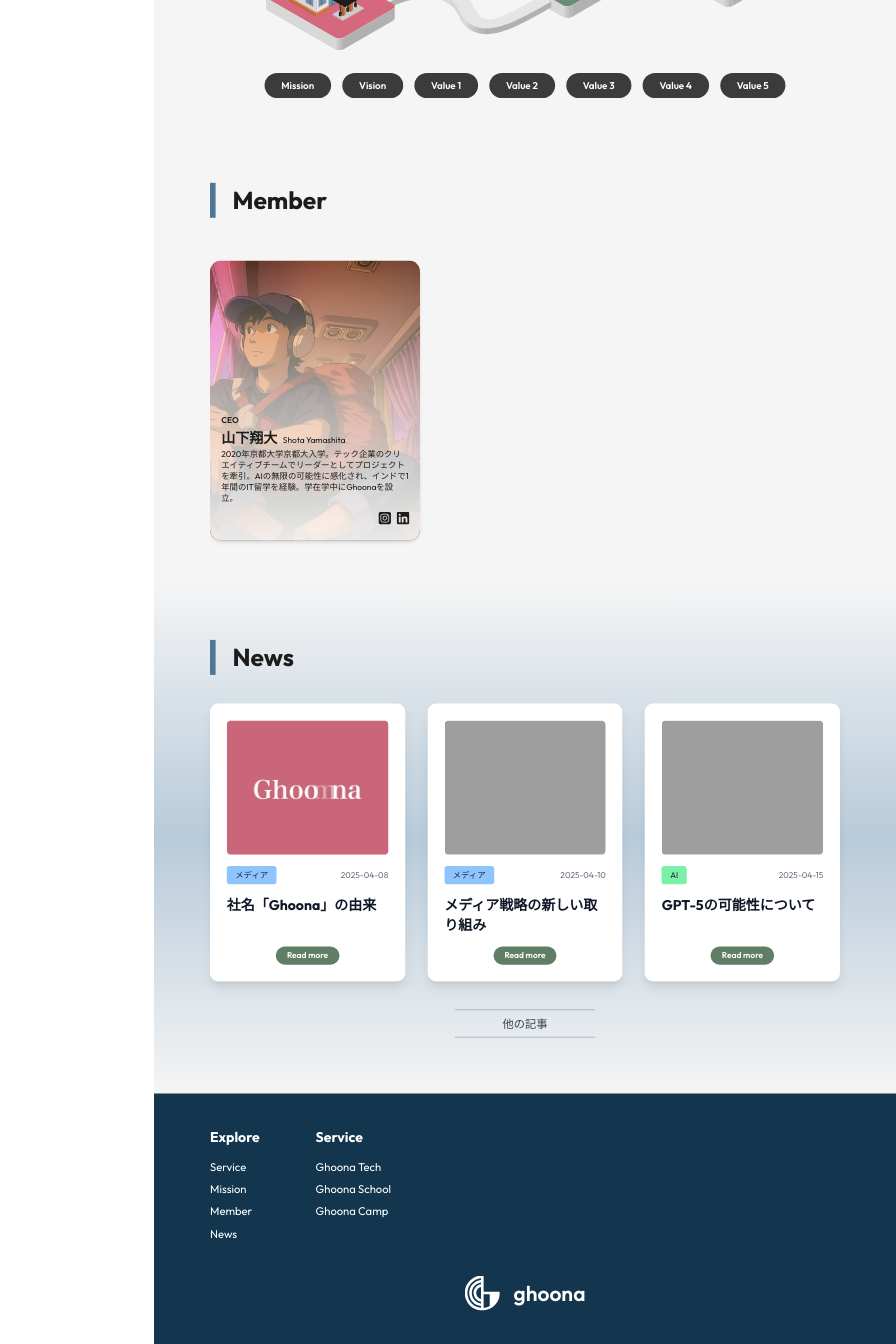
Repository: ShotaGhoona/ghoona-website
Page: /
An editor plug-in stored every save of this project. The page is shown before and after the next save, followed by the edit.
The browser window is 1280 px wide. The pictures show the part of the page from y = 1923 to 3843 px (the page is 3843 px tall), at 70% of full size.
Pictures or frames that could not be fetched are drawn as grey boxes. The project was rebuilt for these pictures with package versions that can differ from the ones it lists, and the page was loaded fresh each time. The framework's server and built-in components were replaced by stand-ins that run in the browser. Also part of the build but not shown: next.config.ts.

Above is the page before, as saved 2025-04-12 09:18:58.

### src/app/layout.tsx
import Sidebar from '@/components/display/sidebar';
import Header from '@/components/display/header';
import Footer from '@/components/display/footer';
import { Outfit } from 'next/font/google';
import './globals.css';
import '@/components/icons';

const outfit = Outfit({
  subsets: ['latin'],
  weight: ['400', '500', '600', '700', '800'],
});

export default function RootLayout({ children }: { children: React.ReactNode }) {
  return (
    <html lang="ja" className={outfit.className}>
      <body className={`${outfit.className} font-outfit flex`}>
        <div className="hidden lg:block">
          <Sidebar />
        </div>
        <div className="w-full flex flex-col min-h-screen lg:pl-[220px]">
          <Header />
          <main className="bg-[#f5f5f5] flex-1 mt-[56px] lg:mt-0">{children}</main>
          <Footer />
        </div>
      </body>
    </html>
  );
}

### src/components/display/sidebar.tsx
'use client';

import Image from 'next/image';
import Link from 'next/link';
import styles from './sidebar.module.css';
import { FontAwesomeIcon } from '@fortawesome/react-fontawesome';
import { faHouse, faGear, faBullhorn, faCircleUser, faBuilding } from '@fortawesome/free-solid-svg-icons';

export default function Sidebar() {
  return (
    <aside className={`w-[220px] h-screen bg-[#4E7796] text-white py-8 px-4 fixed flex flex-col justify-between ${styles.dropShadow}`}>
      <div>
        {/* Logo */}
        <div className="mb-10 flex items-center gap-3">
          <Image src="/SVG/logo.svg" alt="logo" width={40} height={40} />
          <span className="text-[30px] font-medium">ghoona</span>
        </div>

        {/* Navigation Menu */}
        <nav>
          <ul className={`space-y-8 ${styles.tree}`}>
            <li>
              <Link href="/" className="flex items-center gap-5 text-[25px]">
                <FontAwesomeIcon icon={faHouse} className="w-[30px]" />
                Home
              </Link>
              <ul className="ml-13 relative">
                <li className="text-[15px] relative pt-2">
                  <Link href="/#service">Service</Link>
                </li>
                <li className="text-[15px] relative pt-2">
                  <Link href="/#mission">Mission</Link>
                </li>
                <li className="text-[15px] relative pt-2">
                  <Link href="/#member">Member</Link>
                </li>
                <li className="text-[15px] relative pt-2">
                  <Link href="/#news">News</Link>
                </li>
              </ul>
            </li>

            <li>
              <div className="flex items-center gap-5 text-[25px]">
                <FontAwesomeIcon icon={faGear} className="w-[30px]" />
                Service
              </div>
              <ul className="ml-13 relative">
                <li className="text-[15px] relative pt-2">
                  <Link href="/service/tech">Ghoona Tech</Link>
                </li>
                <li className="text-[15px] relative pt-2">
                  <Link href="/service/academy">Ghoona Academy</Link>
                </li>
                <li className="text-[15px] relative pt-2">
                  <Link href="/service/community">Ghoona Community</Link>
                </li>
              </ul>
            </li>

            <li>
              <Link href="/#member" className="flex items-center gap-5 text-[25px]">
                <FontAwesomeIcon icon={faCircleUser} className="w-[30px]" />
                Member
              </Link>
            </li>

            <li>
              <Link href="/#news" className="flex items-center gap-5 text-[25px]">
                <FontAwesomeIcon icon={faBullhorn} className="w-[30px]" />
                News
              </Link>
            </li>

            <li>
              <Link href="/#company" className="flex items-center gap-5 text-[25px]">
                <FontAwesomeIcon icon={faBuilding} className="w-[30px]" />
                Company
              </Link>
            </li>
          </ul>
        </nav>
      </div>
    </aside>
  );
}

### src/components/display/header.tsx
'use client';

import { useState } from 'react';
import Sidebar from './sidebar';
import { FontAwesomeIcon } from '@fortawesome/react-fontawesome';
import { faBars, faXmark } from '@fortawesome/free-solid-svg-icons';
import { motion, AnimatePresence } from 'framer-motion';

export default function Header() {
  const [isOpen, setIsOpen] = useState(false);

  const sidebarVariants = {
    hidden: { x: '-100%' },
    visible: { x: 0 },
  };

  const overlayVariants = {
    hidden: { opacity: 0 },
    visible: { opacity: 0.3 },
  };

  return (
    <>
      <header className="fixed top-0 left-0 w-full bg-[#4E7796] z-50 lg:hidden flex justify-between items-center px-4 py-3 shadow-md">
        <div className="text-white text-xl font-bold">Ghoona</div>
        <button className="text-white" onClick={() => setIsOpen((prev) => !prev)}>
          <FontAwesomeIcon icon={isOpen ? faXmark : faBars} size="2x" />
        </button>
      </header>

      <AnimatePresence>
        {isOpen && (
          <>
            <motion.div
              initial="hidden"
              animate="visible"
              exit="hidden"
              variants={overlayVariants}
              transition={{ duration: 0.3 }}
              className="fixed inset-0 bg-black z-40 lg:hidden"
              onClick={() => setIsOpen(false)}
            />

            <motion.div
              initial="hidden"
              animate="visible"
              exit="hidden"
              variants={sidebarVariants}
              transition={{ duration: 0.3 }}
              className="fixed top-0 left-0 z-50 h-screen w-[220px] lg:hidden"
            >
              <Sidebar />
            </motion.div>
          </>
        )}
      </AnimatePresence>
    </>
  );
}

### src/components/display/footer.tsx
import Image from 'next/image';
import Link from 'next/link';

export default function Footer() {
  return (
    <footer className="bg-[#13364E] text-white py-12 px-20">
      <div className="flex justify-start mb-12 gap-20 mx-auto">
        <div>
          <h3 className="text-xl font-bold mb-4">Explore</h3>
          <ul className="space-y-2">
            <li><Link href="/service">Service</Link></li>
            <li><Link href="/mission">Mission</Link></li>
            <li><Link href="/member">Member</Link></li>
            <li><Link href="/news">News</Link></li>
          </ul>
        </div>

        <div>
          <h3 className="text-xl font-bold mb-4">Service</h3>
          <ul className="space-y-2">
            <li><Link href="/service/tech">Ghoona Tech</Link></li>
            <li><Link href="/service/school">Ghoona School</Link></li>
            <li><Link href="/service/camp">Ghoona Camp</Link></li>
          </ul>
        </div>
      </div>

      <div className="flex items-center justify-center">
        <Image
          src="/SVG/logo.svg"
          alt="Ghoona Logo"
          width={50}
          height={50}
        />
        <span className="text-3xl font-semibold ml-5">ghoona</span>
      </div>
    </footer>
  );
}

### src/components/icons.ts
// components/icons.ts
import { library, config } from '@fortawesome/fontawesome-svg-core';
import { faHouse, faGear, faBullhorn, faCircleUser, faBuilding } from '@fortawesome/free-solid-svg-icons';
import { faSquareInstagram, faLinkedin } from '@fortawesome/free-brands-svg-icons';
import '@fortawesome/fontawesome-svg-core/styles.css';

config.autoAddCss = false;
library.add(faHouse, faGear, faBullhorn, faCircleUser, faBuilding, faSquareInstagram, faLinkedin);

### src/components/display/homeContainer.tsx
// homeContainer.tsx
import TopviewSection from '@/feature/home/display/topview';
import ServiceSection from '@/feature/home/display/service';
import MvvSection from '@/feature/home/display/mvv';
import MemberSection from '@/feature/home/display/member';
import NewsSection from '@/feature/home/display/news';

export default function HomeContainer() {
  return (
    <div className="">
      <TopviewSection />
      <ServiceSection />
      <MvvSection />
      <MemberSection />
      <NewsSection />
    </div>
  );
}

### src/components/display/sidebar.module.css
/* sidebar.module.css */
.tree ul {
    list-style-type: none;
    position: relative;
  }

  .tree ul::before {
    content: '';
    position: absolute;
    top: 0;
    bottom: 0;
    left: -38px;
    border-left: 2px solid white;
  }

  .tree ul li::before {
    content: '';
    position: absolute;
    top: 22px;
    left: -38px;
    width: 30px;
    border-top: 2px solid white;
  }

  .tree ul li:last-child::before {
    bottom: auto;
  }
  .dropShadow {
    box-shadow: 10px 0 10px rgba(0,0,0,0.25);
}

### src/feature/home/display/topview.tsx
// components/feature/home/display/topview.tsx
import TopviewComponent from '@/components/common/TopView';
export default function TopviewSection() {
  return (
    <TopviewComponent
      imagePath="topview.jpg"
      height="h-screen"
      title="Ghoona"
      subtitle="Update Our World"
    />
  );
}

### src/feature/home/display/service.tsx
import SectionTitle from '@/components/common/SectionTitle';
import ServiceCard from '@/components/common/ServiceCard';

export default function ServiceSection() {
    return (
      <section id="service" className="relative w-full bg-no-repeat bg-cover px-5 md:px-20 py-20">
        <SectionTitle title="Service" />
        <div className="flex flex-col md:flex-row gap-8 justify-center items-center">
            <ServiceCard
            title="Web事業"
            description="最新のAI技術を駆使し、あなたのビジネスを加速させるテクノロジーサービス。ホームページ制作からSEO記事の自動生成、SNS運用の効果測定、業務のオートメーション化、ウェブアプリ開発、Notion構築代行まで、テクノロジーを活用してビジネス課題をスマートに解決します。"
            imageUrl="service_tech.jpg"
            href="/service/tech"
            />
            <ServiceCard
            title="人材育成事業"
            description="生成AI時代に特化した新しいスタイルのプログラミングスクール。従来のプログラミング学習を超えて、AIを味方につけて最短で結果を出す方法を教えます。エンジニアとしての市場価値を高めたい方へ、効率的で実践的な学びの場を提供します。"
            imageUrl="service_academy.jpg"
            href="/service/academy"
            />
            <ServiceCard
            title="Community事業"
            description="意識の高い仲間が集う朝活オンラインサロン。
自分をアップデートしたい人のために、質の高い情報交換とコミュニティづくりをサポートします。一緒に朝の時間を活用し、成長と学びの習慣をつくりましょう。"
            imageUrl="service_camp.jpg"
            href="/service/camp"
            />
        </div>
      </section>
    );
  }

### src/feature/home/display/member.tsx
import SectionTitle from '@/components/common/SectionTitle';
import MemberCard from '@/components/common/MemberCard';

export default function MemberSection() {
  const members = [
    {
      image1Url: '/member/shotayamashita1.jpg',
      image2Url: '/member/shotayamashita2.jpg',
      role: 'CEO',
      name: '山下翔大',
      nameEn: 'Shota Yamashita',
      description: '2020年京都大学京都大入学。テック企業のクリエイティブチームでリーダーとしてプロジェクトを牽引。AIの無限の可能性に感化され、インドで1年間のIT留学を経験。学在学中にGhoonaを設立。',
      sns: [
        { name: 'Instagram', url: 'https://instagram.com/' },
        { name: 'LinkedIn', url: 'https://linkedin.com/' },
      ],
    }
    // 追加のメンバーデータを記載
  ];

  return (
    <section id="member" className="w-full py-10">
      <SectionTitle title="Member" className="w-full px-5 md:px-20"/>
      <div className="mt-8 overflow-x-auto px-5 md:px-20">
        <div className="flex gap-10 overflow-x-scroll no-scrollbar py-5">
          {members.map((member, idx) => (
            <MemberCard key={idx} {...member} />
          ))}
        </div>
      </div>
    </section>
  );
}

### src/feature/home/display/news.tsx
import SectionTitle from '@/components/common/SectionTitle';
import NewsListCard from '@/components/common/NewsListCard';
import Link from 'next/link';
import blogsData from '@/data/blogs.json';

export default function NewsSection() {
  // idが1, 2, 3のデータだけ取得
  const newsItems = blogsData.filter((blog) => ['1', '2', '3'].includes(blog.id));

  return (
    <section
      id="news"
      className="relative w-full bg-no-repeat bg-cover px-5 md:px-20 py-10 md:py-20 bg-gradient-to-t from-transparent via-[#3f77a455] to-transparent"
    >
      <SectionTitle title="News" />
      <div className="max-w-[1200px] mx-auto grid grid-cols-1 md:grid-cols-2 lg:grid-cols-3 gap-8">
        {newsItems.map((item) => (
          <NewsListCard
            key={item.id}
            thumbnail={item.thumbnail}
            tag={item.tag as '技術ブログ' | 'メディア' | 'AI'}
            date={item.date}
            title={item.title}
            href={`/news/${item.id}`}
          />
        ))}
      </div>
      <div className="mt-10 flex items-center justify-center">
        <Link href="/news" className="relative py-2 text-gray-700 hover:text-gray-900">
          <span className="block absolute top-0 left-1/2 -translate-x-1/2 w-[200px] border-t border-gray-400"></span>
          <span className="block absolute bottom-0 left-1/2 -translate-x-1/2 w-[200px] border-b border-gray-400"></span>
          <span className="relative">他の記事</span>
        </Link>
      </div>
    </section>
  );
}

### src/components/common/TopView.tsx
import Image from 'next/image';

interface TopviewProps {
  imagePath: string;
  height: string;
  title: string;
  subtitle: string;
}

export default function TopviewSection({
  imagePath,
  height,
  title,
  subtitle,
}: TopviewProps) {
  return (
    <section className={`relative w-full ${height}`}>
      <Image
        src={`/${imagePath}`}
        alt="Topview Image"
        layout="fill"
        objectFit="cover"
        quality={100}
      />

      <div className="absolute inset-0 flex items-center justify-between px-10 md:px-20 py-10">
        <div className="text-white">
          <h1 className="text-[60px] sm:text-[100px] md:text-[150px] font-bold leading-tight">
            {title}
          </h1>
          <p className="text-[30px] sm:text-[50px] md:text-[75px] font-semibold">
            {subtitle}
          </p>
        </div>
      </div>
    </section>
  );
}

### src/components/common/SectionTitle.tsx
// components/common/SectionTitle.tsx
type SectionTitleProps = {
    title: string;
    className?: string;
  };

  export default function SectionTitle({ title, className = '' }: SectionTitleProps) {
    return (
      <h2 className={`text-[25px] xl:text-[35px] text-[#1C1C1D] font-bold flex items-center gap-6 mb-10 ${className}`}>
        <span className="w-2 h-[50px] bg-[#4E7796] inline-block" />
        {title}
      </h2>
    );
  }

### src/components/common/ServiceCard.tsx
// components/common/ServiceCard.tsx
import Link from 'next/link';

type ServiceCardProps = {
  title: string;
  description: string;
  imageUrl?: string;
  href: string; // 新しくhrefプロパティを追加
};

export default function ServiceCard({ title, description, imageUrl, href }: ServiceCardProps) {
  return (
    <div className="max-w-[400px] min-w-[200px] w-full bg-[#F5F5F5] rounded-md overflow-hidden relative">
      <div className="w-full h-[150px] md:h-[200px] bg-gray-200 flex items-center justify-center shadow-md">
        {imageUrl ? (
          <img src={imageUrl} alt={title} className="object-cover w-full h-full" />
        ) : (
          <span className="text-gray-400">No Image</span>
        )}
      </div>

      <div className="flex items-center justify-center gap-2 mt-10 mb-5">
        <div className="flex-1 h-[1px] bg-gray-400" />
        <h3 className="text-2xl text-[#1C1C1D] font-bold whitespace-nowrap">{title}</h3>
        <div className="flex-1 h-[1px] bg-gray-400" />
      </div>

      <div className="relative h-[100px] overflow-hidden">
        <p className="text-sm text-[#1C1C1D] leading-relaxed z-10 relative">
          {description}
        </p>
        <div className="absolute bottom-0 left-0 w-full h-full bg-gradient-to-t from-[#f5f5f5] to-transparent z-20 pointer-events-none" />
      </div>

      <div className="absolute bottom-0 left-1/2 transform -translate-x-1/2 z-20">
        <Link href={href}>
          <button className="bg-[#266594] text-white text-[10px] md:text-[12px] lg:text-[15px] px-6 py-2 rounded-full shadow hover:opacity-80">
            read more
          </button>
        </Link>
      </div>
    </div>
  );
}

### src/feature/home/button/mvvButton.tsx
'use client';

const buttons = [
  'Mission', 'Vision', 'Value 1', 'Value 2', 'Value 3', 'Value 4', 'Value 5'
];

type Props = {
  active: string | null;
  setActive: (btn: string) => void;
};

export default function MVVButton({ active, setActive }: Props) {
  return (
    <div className="flex flex-wrap justify-center gap-2 md:gap-4 mt-8">
      {buttons.map((btn) => (
        <button
          key={btn}
          onClick={() => setActive(btn)}
          className={`px-3 py-1 md:px-6 md:py-2 rounded-full font-semibold transition-all duration-200 text-xs md:text-sm ${
            active === btn
              ? 'bg-[#D87286] text-white shadow-md'
              : 'bg-[#3C3B3B] text-white hover:bg-[#D87286]/80'
          }`}
        >
          {btn}
        </button>
      ))}
    </div>
  );
}

### src/components/common/MemberCard.tsx
'use client';

import { useState } from 'react';
import Image from 'next/image';
import { FontAwesomeIcon } from '@fortawesome/react-fontawesome';
import { faSquareInstagram, faLinkedin } from '@fortawesome/free-brands-svg-icons';
import { IconProp } from '@fortawesome/fontawesome-svg-core';
export type SNSLink = { name: string; url: string };

export type MemberCardProps = {
  image1Url: string;
  image2Url: string;
  role?: string;
  name: string;
  nameEn: string;
  description: string;
  sns?: SNSLink[];
};

const snsIcons: Record<string, IconProp> = {
  Instagram: faSquareInstagram,
  LinkedIn: faLinkedin,
};

export default function MemberCard({
  image1Url,
  image2Url,
  role,
  name,
  nameEn,
  description,
  sns = [],
}: MemberCardProps) {
  const [hovered, setHovered] = useState(false);

  return (
    <div
      className="relative w-[250px] md:w-[300px] h-[350px] md:h-[400px] shadow-md rounded-2xl overflow-hidden"
      onMouseEnter={() => setHovered(true)}
      onMouseLeave={() => setHovered(false)}
    >
      <Image
        src={hovered ? image2Url : image1Url}
        alt={name}
        width={300}
        height={400}
        className="w-full h-full object-cover transition-opacity duration-300"
      />
      <div className="absolute inset-0 bg-gradient-to-t from-white/90 via-white/60 to-transparent flex flex-col justify-end px-4 py-5">
        {role && <span className="text-xs text-[#1C1C1D] font-semibold mb-1">{role}</span>}
        <div className="flex gap-2 items-baseline">
          <h2 className="text-xl text-[#1C1C1D] font-bold">{name}</h2>
          <h3 className="text-xs text-[#1C1C1D]">{nameEn}</h3>
        </div>
        <p className="text-xs text-[#1C1C1D] mb-2 overflow-hidden line-clamp-5">{description}</p>

        <div className="flex justify-end gap-2">
          {sns.map((snsItem, idx) => (
            <a key={idx} href={snsItem.url} target="_blank" rel="noopener noreferrer" className="text-[#1C1C1D]">
              <FontAwesomeIcon icon={snsIcons[snsItem.name]} size="lg" />
            </a>
          ))}
        </div>
      </div>
    </div>
  );
}

### src/components/common/NewsListCard.tsx
import Image from 'next/image';
import Link from 'next/link';
import { NewsListCardProps, tagColors } from '@/types/news';

export default function NewsListCard({ thumbnail, tag, date, title, href }: NewsListCardProps) {
  return (
    <div className="bg-white rounded-xl shadow-lg overflow-hidden p-6 flex flex-col gap-4">
      <div className="w-full h-48 relative">
        <Image src={thumbnail} alt={title} layout="fill" objectFit="cover" className="rounded-md" />
      </div>

      <div className="flex justify-between items-center">
        <span className={`px-3 py-1 text-[12px] rounded ${tagColors[tag]} text-gray-800`}>{tag}</span>
        <span className="text-[12px] text-gray-500">{date}</span>
      </div>

      <h3 className="text-xl font-bold text-gray-900">{title}</h3>

      <div className="mt-auto flex justify-center">
        <Link href={href}>
          <span className="text-[12px] inline-block bg-[#5F7E65] text-white px-4 py-1 rounded-full font-semibold cursor-pointer hover:opacity-80">
            Read more
          </span>
        </Link>
      </div>
    </div>
  );
}

### src/types/news.ts
export type BlogTag = '技術ブログ' | 'メディア' | 'AI';

export interface NewsListCardProps {
  thumbnail: string;
  tag: BlogTag;
  date: string;
  title: string;
  href: string;
}
export const tagColors: Record<BlogTag, string> = {
  '技術ブログ': 'bg-gray-300',
  'メディア': 'bg-blue-300',
  'AI': 'bg-green-300',
};

Loaded but not shown: src/app/page.tsx (common file); src/app/globals.css (common file); src/data/blogs.json (50 lines, source omitted); src/feature/home/display/mvv.tsx (138 lines, source omitted)

After the next save:
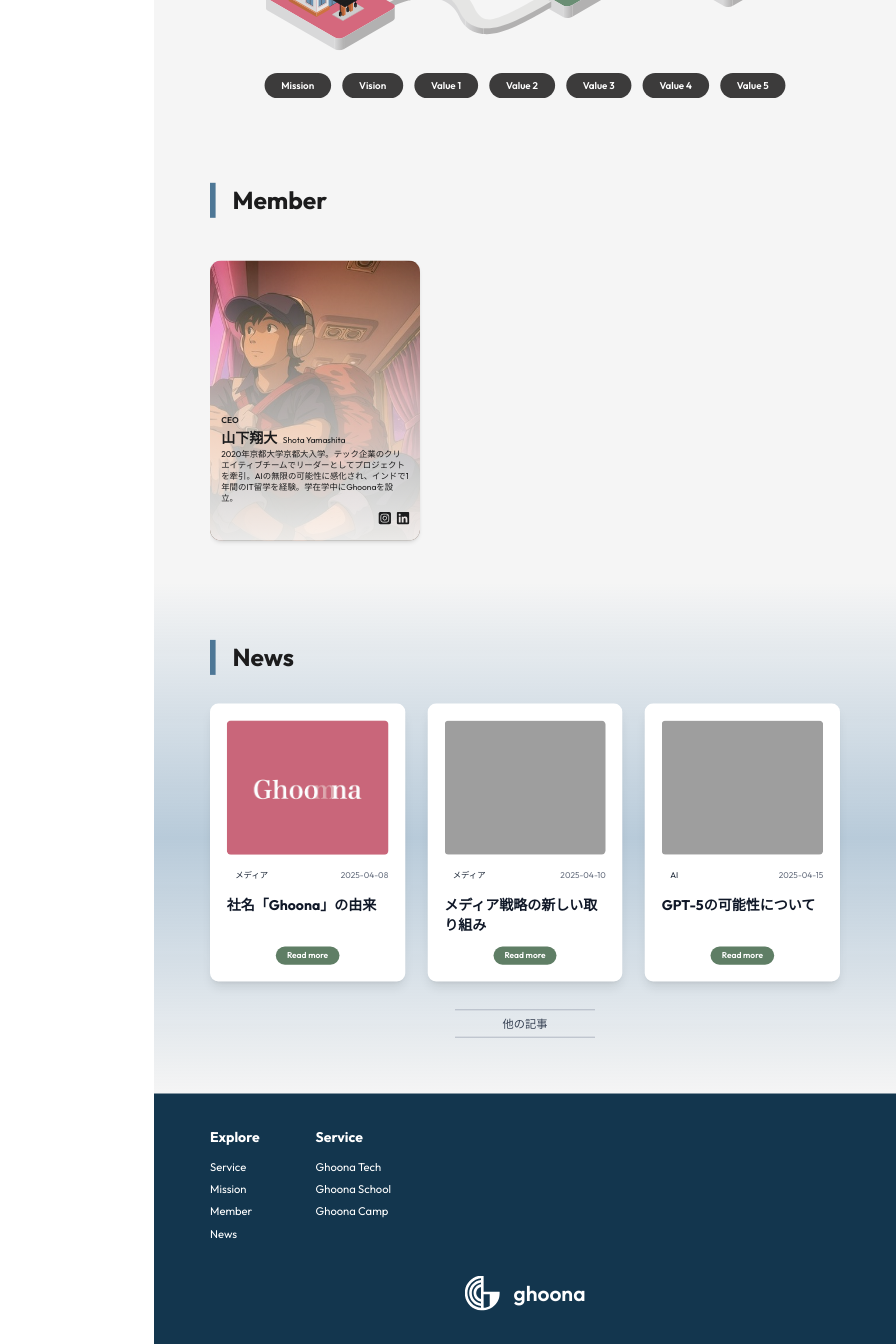
Saved 2 min 1 s later.
--- a/src/types/news.ts
+++ b/src/types/news.ts
@@ -8,7 +8,7 @@
   href: string;
 }
 export const tagColors: Record<BlogTag, string> = {
-  '技術ブログ': 'bg-gray-300',
-  'メディア': 'bg-blue-300',
-  'AI': 'bg-green-300',
+  '技術ブログ': '#d5697e',
+  'メディア': '#3f77a4',
+  'AI': '#698f75',
 };
